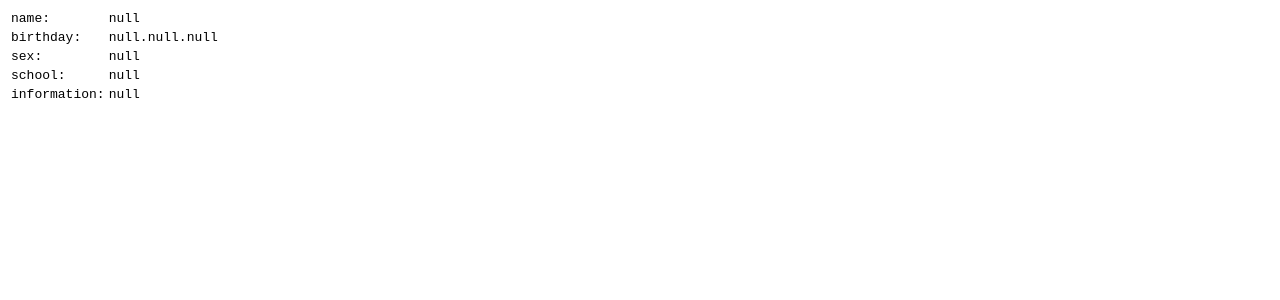
Repository: Brief-drizzle/Java-Web
Page: http://localhost/sy1/GetResume
An editor plug-in stored every save of this project. The page is shown before and after the next save, followed by the edit.
The browser window is 1280 px wide. The pictures show the whole page.
The page is served by Tomcat 9.

Above is the page before, as saved 2020-10-23 11:41:09.

After the next save:
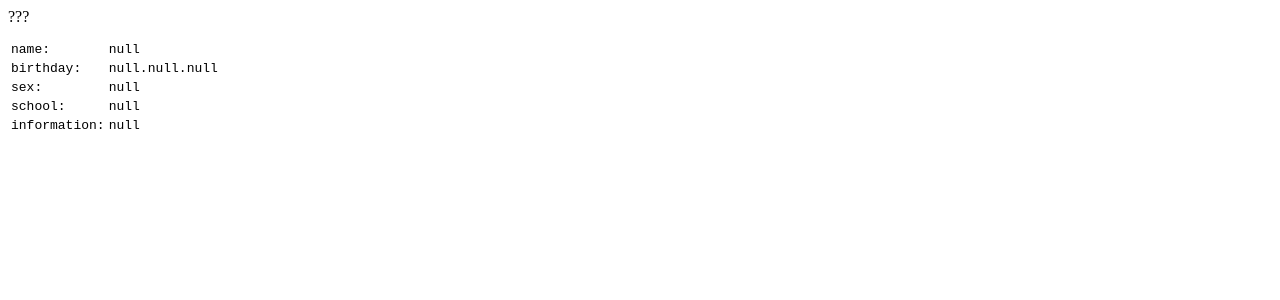
Saved 54 s later.
--- a/sy1/src/sy1/GetResume.java
+++ b/sy1/src/sy1/GetResume.java
@@ -64,6 +64,7 @@ public class GetResume extends HttpServlet {
 
 		if(cookies==null)
 		{
+			out.println("???");
 			name=request.getParameter("name");
 			bir_y=request.getParameter("year");
 			bir_m=request.getParameter("month");
